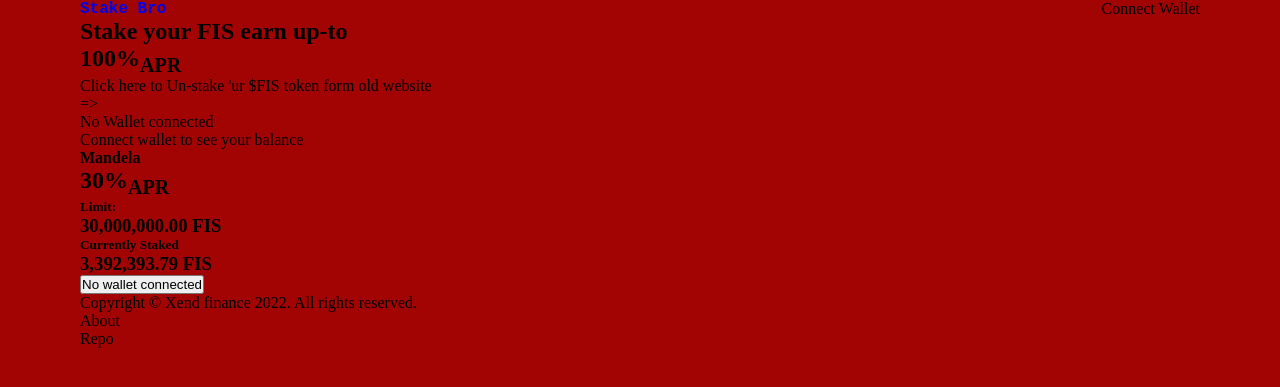
Repository: NorVirae/Stake
Page: /
An editor plug-in stored every save of this project. The page is shown before and after a run of saves, followed by the edit.
The browser window is 1280 px wide. The pictures show the whole page.
The project was rebuilt for these pictures with package versions that can differ from the ones it lists, and the page was loaded fresh each time.

Above is the page before, as saved 2022-04-18 00:57:12.

After the next 3 saves:
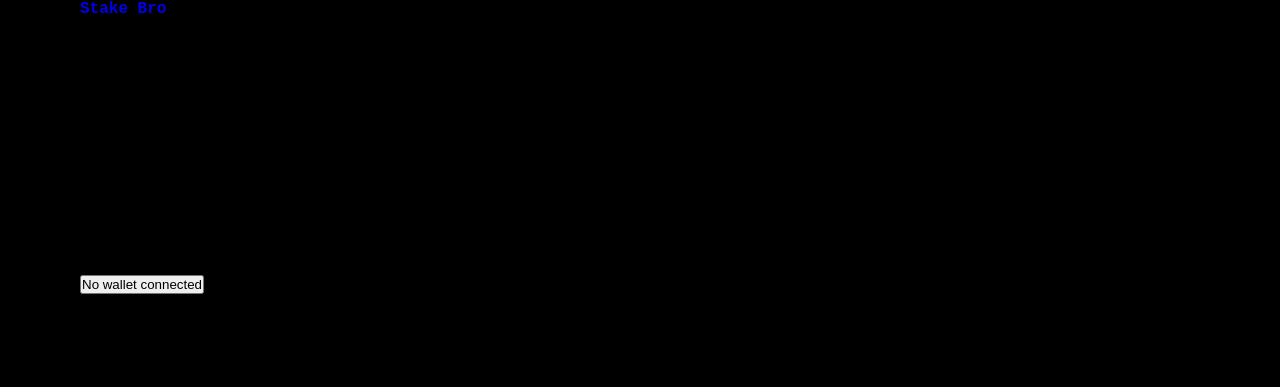
The 3 saves are shown as one change because they came seconds apart.
The last was saved 72 s later.
--- a/src/styles/app.css
+++ b/src/styles/app.css
@@ -13,7 +13,8 @@ li {
 }
 
 body{
-    background-color: #A20404;
+    background-color: #000000;
+    color: ;
 }
 .stake-container {
     max-width: 70rem;
